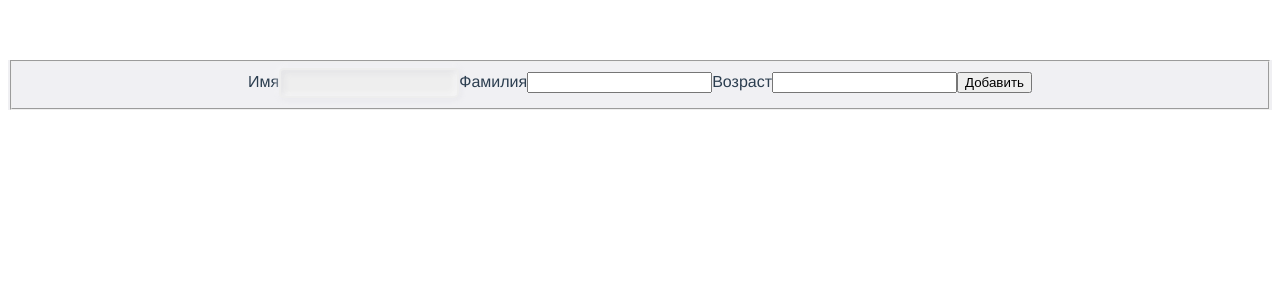
Repository: shum89/test-vue-table
Page: /
These files come from the project's save history. The page is drawn as it stood at one moment and after a run of saves; the edit follows.
The browser window is 1280 px wide. The pictures show the whole page.
The first visible `.form__input` has the focus.
The project was rebuilt for these pictures with package versions that can differ from the ones it lists, and the page was loaded fresh each time. Also part of the build but not shown: vue.config.js.

Above is the page before, as saved 2021-07-18 13:37:07.

After the next 2 saves:
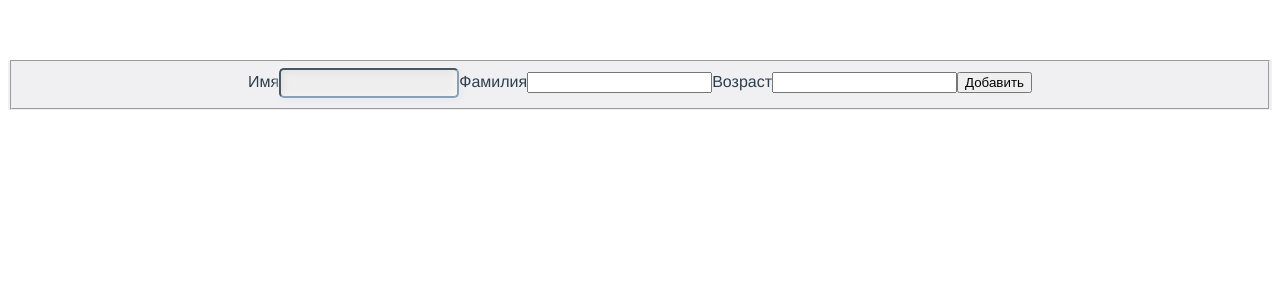
The 2 saves are shown as one change because they came seconds apart.
The last was saved 2 min 14 s later.
--- a/src/components/Form.vue
+++ b/src/components/Form.vue
@@ -57,6 +57,7 @@ export default {
   box-shadow: inset 2px 2px 6px rgba(174, 174, 192, 0.2),
     inset -2px -2px 6px rgba(255, 255, 255, 0.7), 1px 1px 6px rgba(174, 174, 192, 0.2),
     -1px -1px 6px rgba(255, 255, 255, 0.7);
+  border-color: #88a1b7;
   outline: 0;
   padding-left: 5px;
 }
